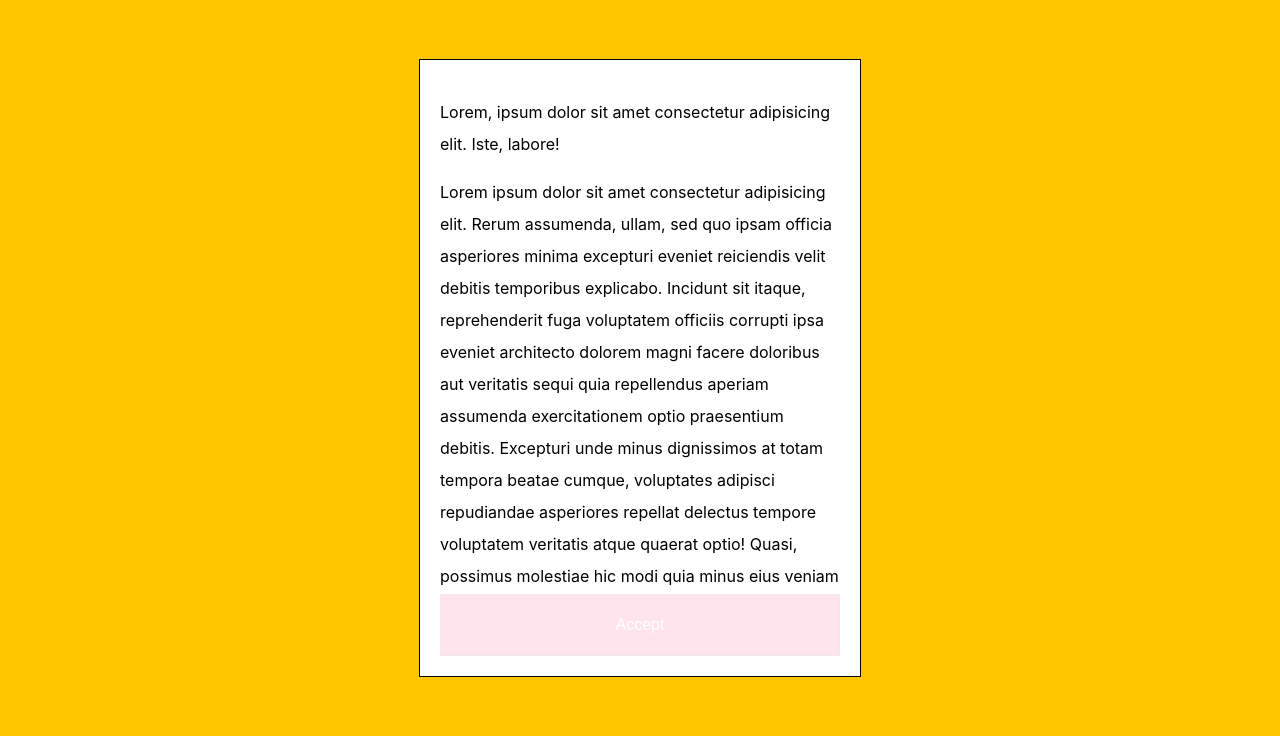
Repository: spidero7/Scroll-To-Accept-Terms
Page: index.html
These files come from the project's save history. The page is drawn as it stood at one moment and after the next save; the edit follows.
The browser window is 1280 px wide. The pictures show the whole page.

Above is the page before, as saved 2021-09-17 06:32:23.

After the next save:
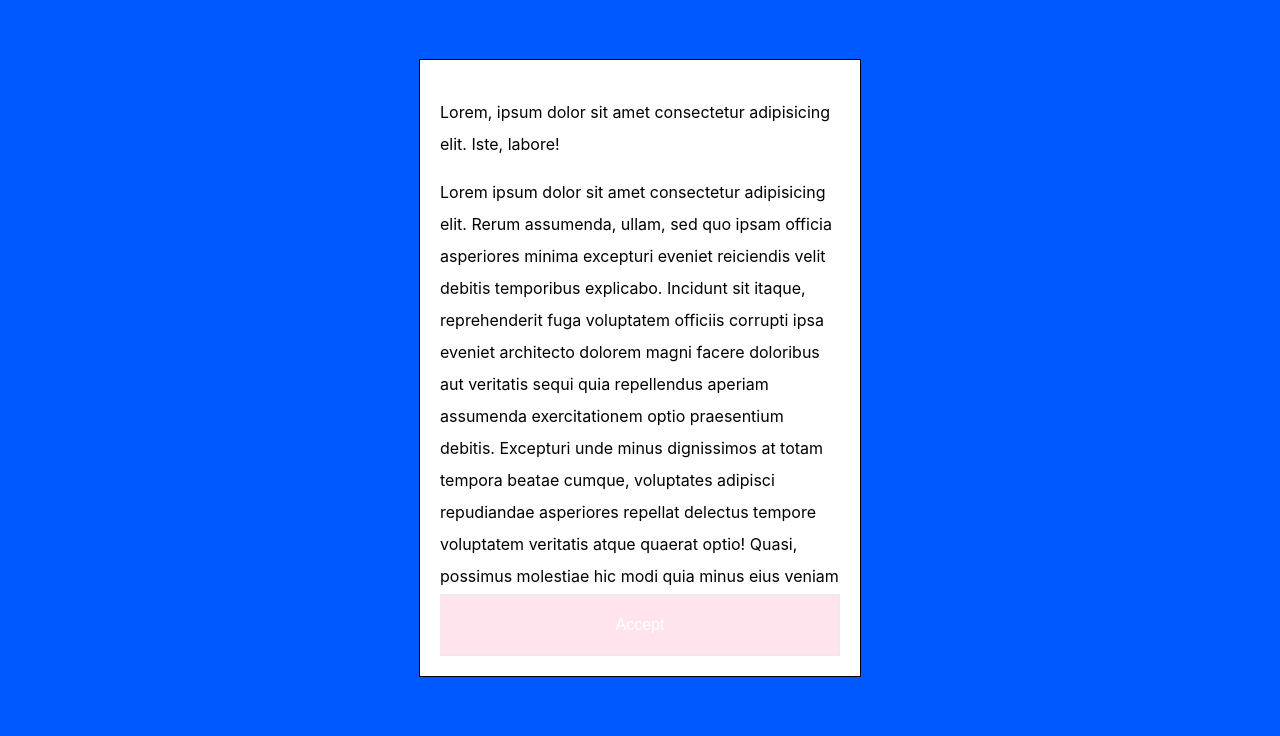
Saved 31 s later.
--- a/style.css
+++ b/style.css
@@ -5,7 +5,7 @@ body {
     align-content: center;
     font-family: -apple-system, BlinkMacSystemFont, 'Segoe UI', Roboto, Oxygen, Ubuntu, Cantarell, 'Open Sans', 'Helvetica Neue', sans-serif;
     line-height: 2;
-    background: #ffc600;
+    background: #0059ff;
   }
 
   .wrapper {
